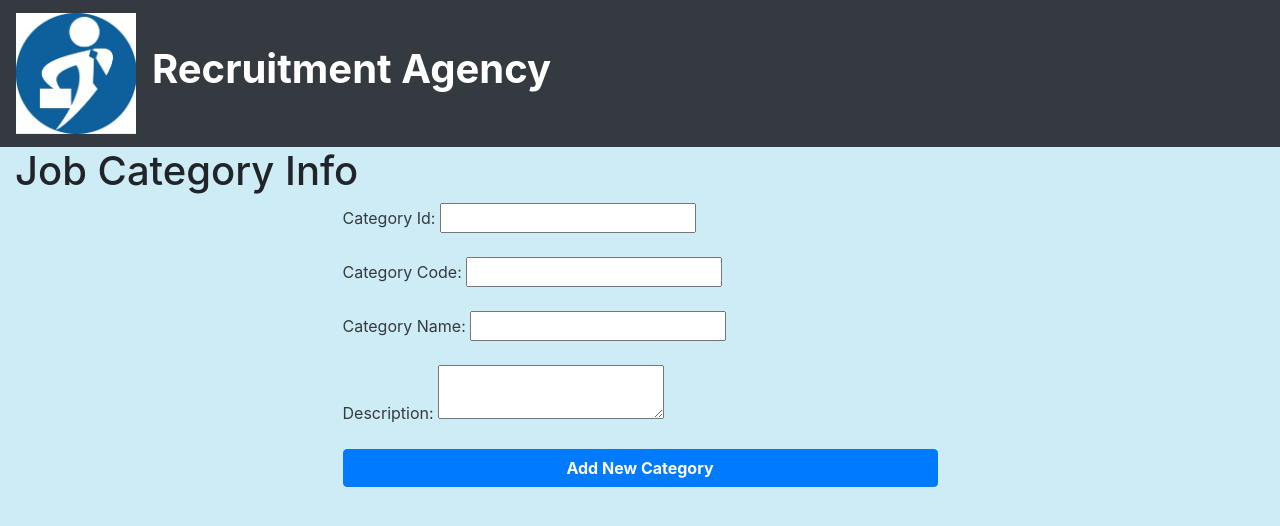
Repository: ism-shahriar/RecruitmentAgencyPortal
Page: http://localhost/index
An editor plug-in stored every save of this project. The page is shown before and after the next save, followed by the edit.
The browser window is 1280 px wide. The pictures show the whole page.
The page is this project's Thymeleaf template; nobody is signed in. The template is opened directly, without the code that normally fills it, so the values that code supplies are empty.

Above is the page before, as saved 2020-04-17 06:09:14.

After the next save:
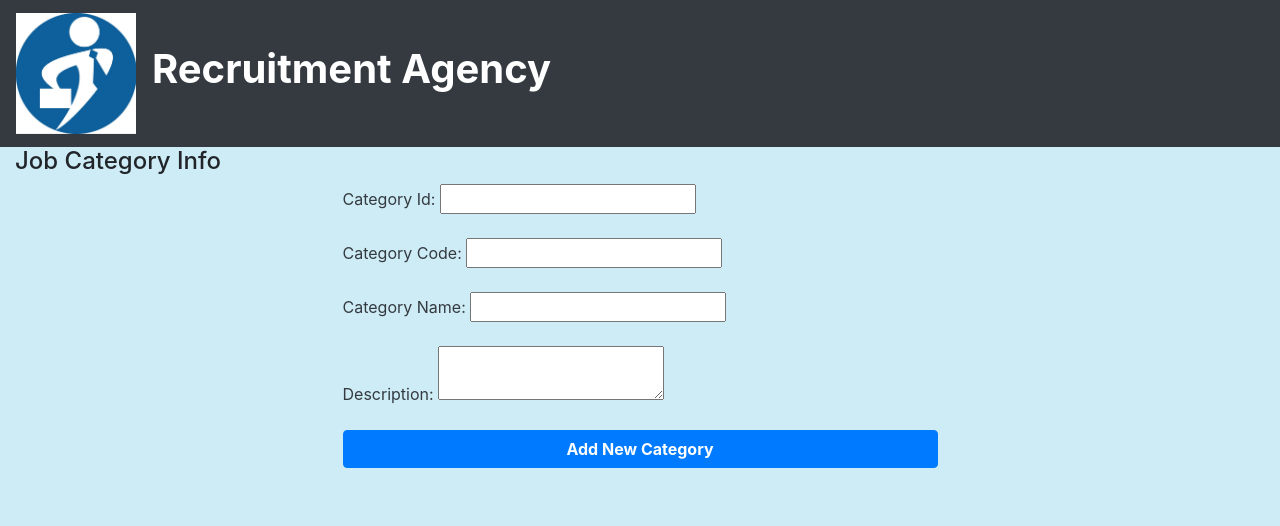
Saved 2 min 49 s later.
--- a/MicroServiceJobCat/src/main/resources/templates/index.html
+++ b/MicroServiceJobCat/src/main/resources/templates/index.html
@@ -14,7 +14,7 @@
 		<h1 style="font-weight: bold; color: white">Recruitment Agency</h1>
 	</nav>
 	<div class="container-fluid" style="background-color: #CEECF5">
-	<h1>Job Category Info</h1>
+	<h4>Job Category Info</h4>
 		<form class="container text-dark" style="width: 50%" action="add" method="POST">
 			Category Id: <input type="text" name="catId" /><br></br>
 			Category Code: <input type="text" name="catCode" /><br></br>
